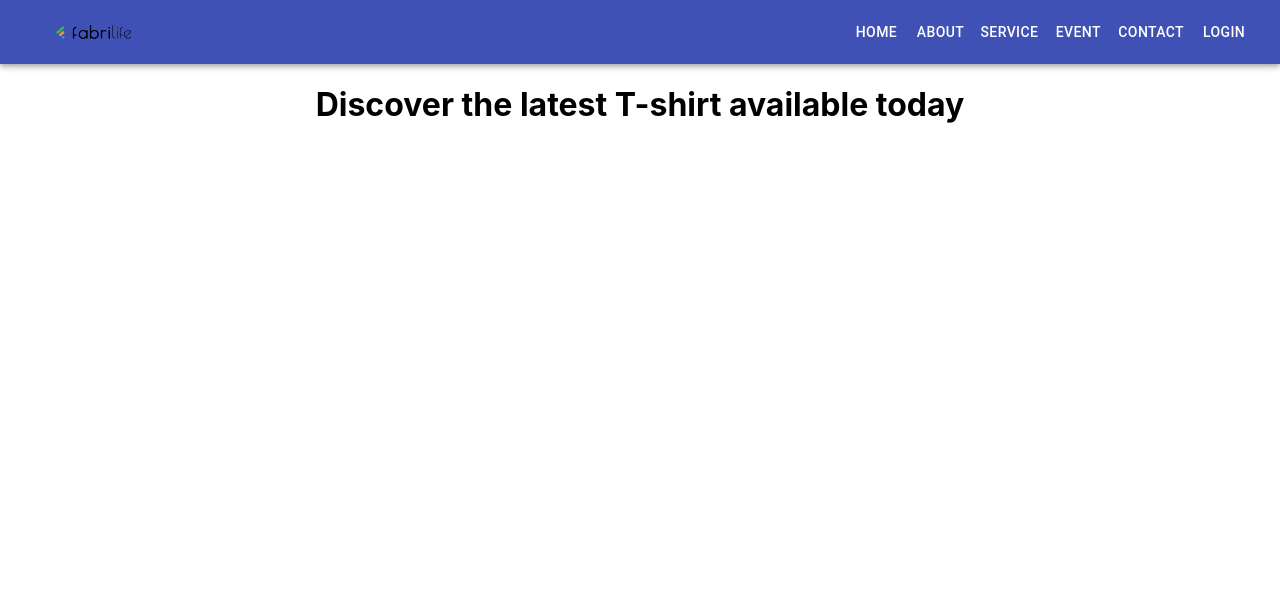
Repository: arif286/fabrilife-E-commerce-client-site
Page: /
An editor plug-in stored every save of this project. The page is shown before and after the next save, followed by the edit.
The browser window is 1280 px wide. The pictures show the whole page.
The page's requests for data from a server got no answer. The project was rebuilt for these pictures with package versions that can differ from the ones it lists, and the page was loaded fresh each time. No one was signed in, and anything a server would have sent is missing. Also part of the build but not shown: src/components/AddEvent/AddEvent.css, src/components/AddEvent/AddEvent.js, src/components/Shop/ShopCard/ShopCard.js, src/components/NoMatch/NoMatch.js.

Above is the page before, as saved 2021-03-31 01:41:00.

After the next save:
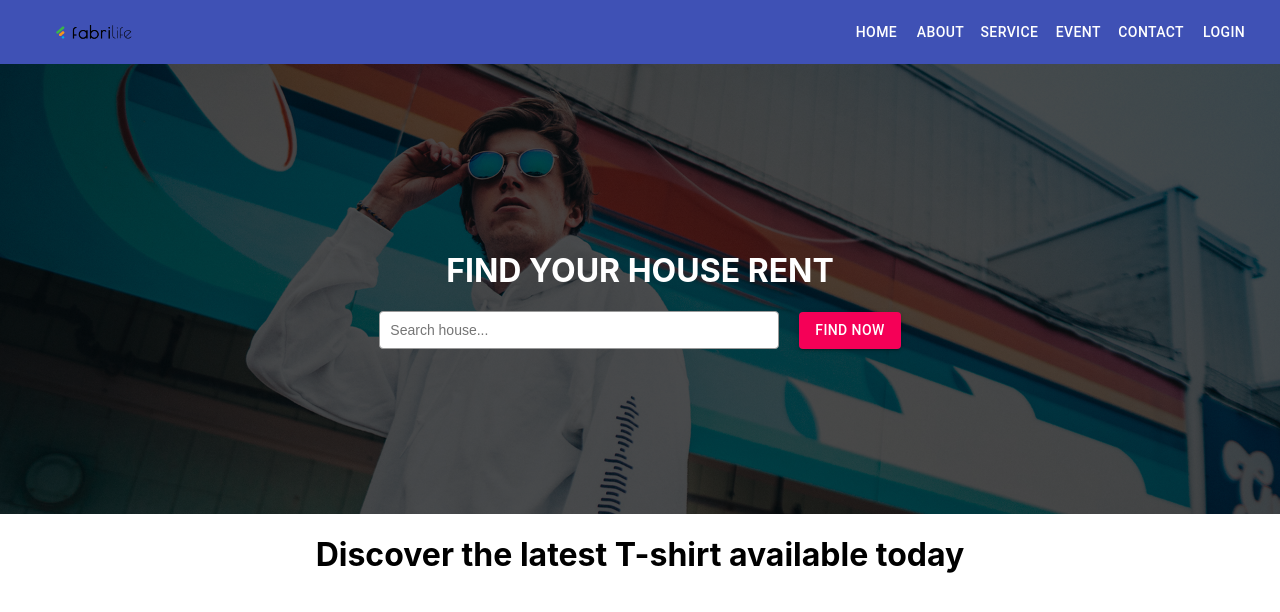
Saved 61 s later.
--- a/src/components/Home/Home.js
+++ b/src/components/Home/Home.js
@@ -1,9 +1,11 @@
 import React from 'react';
+import SearchBar from '../SearchBar/SearchBar';
 import Shop from '../Shop/Shop';
 
 const Home = () => {
     return (
         <>
+            <SearchBar/>
             <Shop/>
         </>
     );
